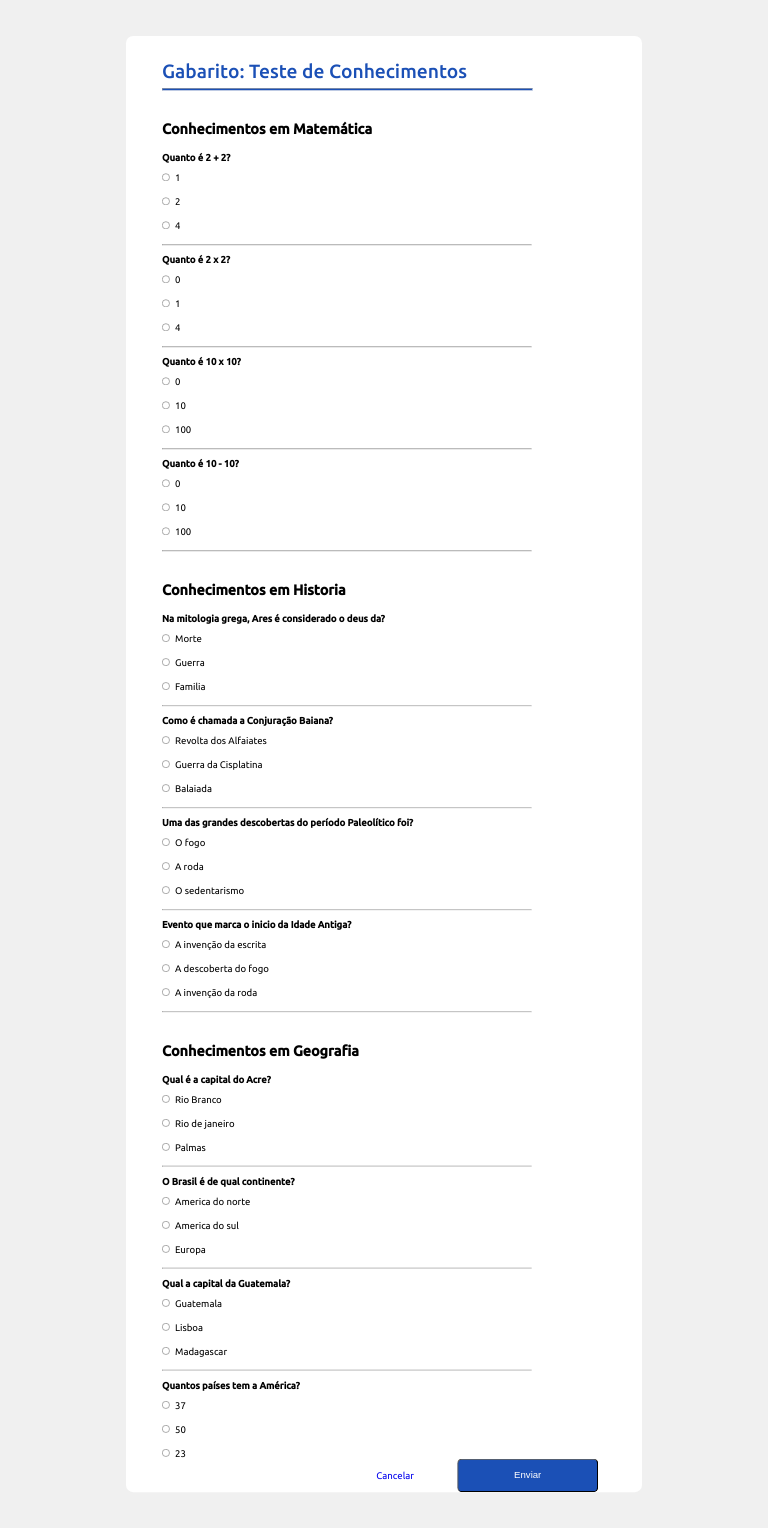
Repository: Delei09/desafioPerguntas
Page: / (app in frontend/)
An editor plug-in stored every save of this project. The page is shown before and after the next save, followed by the edit.
The browser window is 1280 px wide. The pictures show the whole page, at 60% of full size.
The project was rebuilt for these pictures with package versions that can differ from the ones it lists, and the page was loaded fresh each time.

Above is the page before, as saved 2021-08-18 15:04:40.

### frontend/public/index.html
<!DOCTYPE html>
<html lang="Pt-Br">
  <head>
    <meta charset="utf-8" />
    <meta name="viewport" content="width=device-width, initial-scale=1" />
    <meta name="theme-color" content="#000000" />
    <link rel="preconnect" href="https://fonts.googleapis.com">
    <link rel="preconnect" href="https://fonts.gstatic.com" crossorigin>
    <link href="https://fonts.googleapis.com/css2?family=Ubuntu:wght@400;500&display=swap" rel="stylesheet">

    <title>Desafio Inatel</title>
  </head>
  <body>
    <noscript>You need to enable JavaScript to run this app.</noscript>
    <div id="root"></div>
  </body>
</html>

### frontend/src/index.tsx
import React from 'react';
import ReactDOM from 'react-dom';
import App from './App';
import './styles/global.scss'

ReactDOM.render(
  <React.StrictMode>
    <App />
  </React.StrictMode>,
  document.getElementById('root')
);

### frontend/src/App.tsx
import React, { createContext} from 'react';
import Rotas from './Rotas';

const perguntasMatematica= [  {
  pergunta: 'Quanto é 2 + 2?',
  options: [
    "1",
    "2",
    "4",
  ],
  resposta: "4",
  id: 'p1',
},{
  pergunta: 'Quanto é 2 x 2?',
  options: [
    "0",
    "1",
    "4",
  ],
  resposta: "4",
  id: 'p2',
},{
  pergunta: 'Quanto é 10 x 10?',
  options: [
    "0",
    "10",
    "100",
  ],
  resposta: "100",
  id: 'p3',
},{
  pergunta: 'Quanto é 10 - 10?',
  options: [
    "0",
    "10",
    "100",
  ],
  resposta: "0",
  id: 'p4',
}]

const perguntasHistoria= [  {
  pergunta: 'Na mitologia grega, Ares é considerado o deus da?',
  options: [
    "Morte",
    "Guerra",
    "Familia",
  ],
  resposta: "Guerra",
  id: 'p1',
},{
  pergunta: 'Como é chamada a Conjuração Baiana?',
  options: [
    "Revolta dos Alfaiates",
    "Guerra da Cisplatina",
    "Balaiada",
  ],
  resposta: "Revolta dos Alfaiates",
  id: 'p2',
},{
  pergunta: 'Uma das grandes descobertas do período Paleolítico foi?',
  options: [
    "O fogo",
    "A roda",
    "O sedentarismo",
  ],
  resposta: "O fogo",
  id: 'p3',
},{
  pergunta: 'Evento que marca o inicio da Idade Antiga?',
  options: [
    "A invenção da escrita",
    "A descoberta do fogo",
    "A invenção da roda",
  ],
  resposta: "A invenção da escrita",
  id: 'p4',
}]


const perguntasGeografia= [  {
  pergunta: 'Qual é a capital do Acre?',
  options: [
    "Rio Branco",
    "Rio de janeiro",
    "Palmas",
  ],
  resposta: "Rio Branco",
  id: 'p1',
},{
  pergunta: 'O Brasil é de qual continente?',
  options: [
    "America do norte",
    "America do sul",
    "Europa",
  ],
  resposta: "America do sul",
  id: 'p2',
},{
  pergunta: 'Qual a capital da Guatemala?',
  options: [
    "Guatemala",
    "Lisboa",
    "Madagascar",
  ],
  resposta: "Guatemala",
  id: 'p3',
},{
  pergunta: 'Quantos países tem a América?',
  options: [
    "37",
    "50",
    "23",
  ],
  resposta: "37",
  id: 'p4',
}]
type perguntaType =  {
  pergunta: string;
  options: string[];
  resposta: string;
  id: string;
}[]

type contextType = {
  perguntasHistoria : perguntaType,
  perguntasMatematica : perguntaType,
  perguntasGeografia : perguntaType,
}

export const ContextPerguntas   = createContext<contextType>( {} as contextType)

function App() {

  return (
    <div className="App">
      <ContextPerguntas.Provider  value = { {perguntasMatematica, perguntasHistoria, perguntasGeografia} }  >
        <Rotas />
      </ContextPerguntas.Provider>
    </div>
  );
}

export default App;

### frontend/src/styles/global.scss
*{
 margin:0;
 padding:0;
 box-sizing: border-box;
 text-decoration: none;
}
body{
 font-family: 'Ubuntu', sans-serif;
 background: #F0F0F0;

}
.App{
 padding-left: 60px ;
 padding-top: 40px;
 background: #FFFFFF;
 max-width: 860px;
 height: 100%;
 min-height: 500px;
 border-radius: 12px;
 margin:60px auto;
}

### frontend/src/Rotas.tsx
import React from 'react';
import Home from './page/Home';


const Rotas = () => {

 return(
  <Home />
 )
} ;

export default Rotas;

### frontend/src/page/Home.tsx
import React , {useContext}from 'react';
import Header from '../components/Header'
import ContainerMain  from '../components/ContainerMain';
import {ContextPerguntas} from '../App'
import '../styles/home.scss'

const Home : React.FC= () => {

const {perguntasMatematica, perguntasHistoria, perguntasGeografia} = useContext(ContextPerguntas)

 return(
<>
   <Header titulo = 'Gabarito: Teste de Conhecimentos' />
   <ContainerMain titulo = 'Conhecimentos em Matemática'>

      {perguntasMatematica.map(questao => {
      return(
         <div key={questao.id}>
         <h4>{questao.pergunta}</h4>
         <div className = 'mainOpcao'>
         {questao.options.map( (option, i) => {
            return(
               <label key = {i}>  <input type="radio" name={questao.id} value= {option} /> {option}  </label>
            )
         })}
         </div>
         <hr/>
         </div>
      )
      })}
   </ContainerMain>
   <ContainerMain titulo = 'Conhecimentos em Historia'>

{perguntasHistoria.map(questao => {
      return(
         <div key={questao.id}>
         <h4>{questao.pergunta}</h4>
         <div className = 'mainOpcao'>
         {questao.options.map( (option, i) => {
            return(
               <label key = {i}>  <input type="radio" name={questao.id} value= {option} /> {option}  </label>
            )
         })}
         </div>
         <hr/>
         </div>
      )
      })}
   </ContainerMain>
   <ContainerMain titulo = 'Conhecimentos em Geografia'>

{perguntasGeografia.map((questao, i) => {
      return(
         <div key={questao.id}>
         <h4>{questao.pergunta}</h4>
         <div className = 'mainOpcao'>
         {questao.options.map( (option, i) => {
            return(
               <label key = {i}>  <input type="radio" name={questao.id} value= {option} /> {option}  </label>
            )
         })}
         </div>
         {i < 3 ? <hr/> : ''}
         </div>
      )
      })}
   </ContainerMain>
   <div className = 'divButton'>
      <a href = '#' >Cancelar</a>
      <button>Enviar</button>
   </div>
   </>
 )
}

export default Home

### frontend/src/components/Header.tsx
import React from 'react';
import '../styles/header.scss'


type headerType = {
 titulo: string;
}


const Header = (props : headerType) => {

 return(
  <header className="headerApp">
   {props.titulo}
   <hr className="headerLinha"/>
  </header>
 )
} ;

export default Header

### frontend/src/components/ContainerMain.tsx
import React from 'react';
import '../styles/containerMain.scss'

type mainType = {
 titulo : string
}


const Main: React.FC<mainType> = ({...props}) => {

 return(
  <section>
       <h2>{props.titulo}</h2>
       <div>
          {props.children}
       </div>

  </section>
 )
} ;

export  default Main;

### frontend/src/styles/home.scss
.divButton{
 display : flex;
 align-items: center;
 justify-content: flex-end;
 margin-right:73px;
 gap: 72px;
  button{
   height: 56px;
   width: 235px;
   border-radius: 8px;
   background: #1B50B6;
   color : white;
   font-size: 16px;
   font-style: normal;
   font-weight: 500;
   line-height: 18px;
  }
}

### frontend/src/styles/header.scss
.headerApp{
 color: #1B50B6;
 font-size: 32px;
 font-style: normal;
 font-weight: 500;
 line-height: 37px;
 letter-spacing: 0em;
 text-align: left;
 width:100%;
 max-width: 618px;

 hr{
  margin-top:10px ;
  background: #1B50B6;
  height: 4px;
  width: 618px;
 }
}

### frontend/src/styles/containerMain.scss
section{
 display : flex;
 flex-direction: column;
 gap : 24px;

  >div{
   display : flex;
   flex-direction: column;
   gap : 15px;
   h4{
    margin-bottom: 15px;
   }
  }

 hr{
  background: #C4C4C4;
  height: 1px;
  max-width: 616px;
  margin-top: 22px;
 }
 h2{
  margin-top:51px
 }

}

.mainOpcao{
 display : flex;
 flex-direction: column;
 gap : 22px;
 input{
  margin-right: 5px;
 }
}

After the next save:
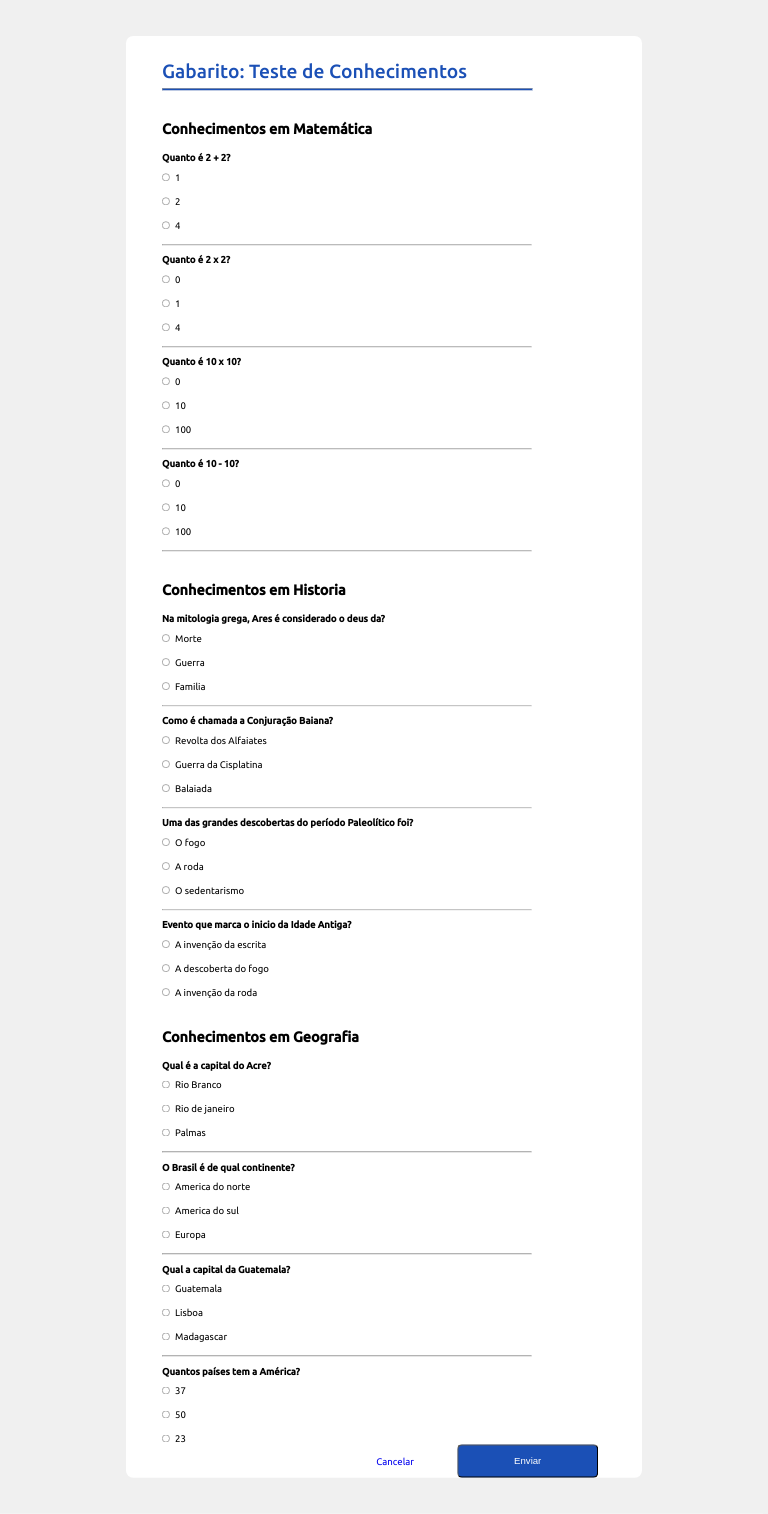
Saved 23 s later.
--- a/frontend/src/page/Home.tsx
+++ b/frontend/src/page/Home.tsx
@@ -31,7 +31,7 @@ const {perguntasMatematica, perguntasHistoria, perguntasGeografia} = useContext(
    </ContainerMain>
    <ContainerMain titulo = 'Conhecimentos em Historia'>
 
-{perguntasHistoria.map(questao => {
+{perguntasHistoria.map((questao, i) => {
       return(
          <div key={questao.id}>
          <h4>{questao.pergunta}</h4>
@@ -42,7 +42,7 @@ const {perguntasMatematica, perguntasHistoria, perguntasGeografia} = useContext(
             )
          })}
          </div>
-         <hr/>
+         {i < 3 ? <hr/> : ''}
          </div>
       )
       })}
